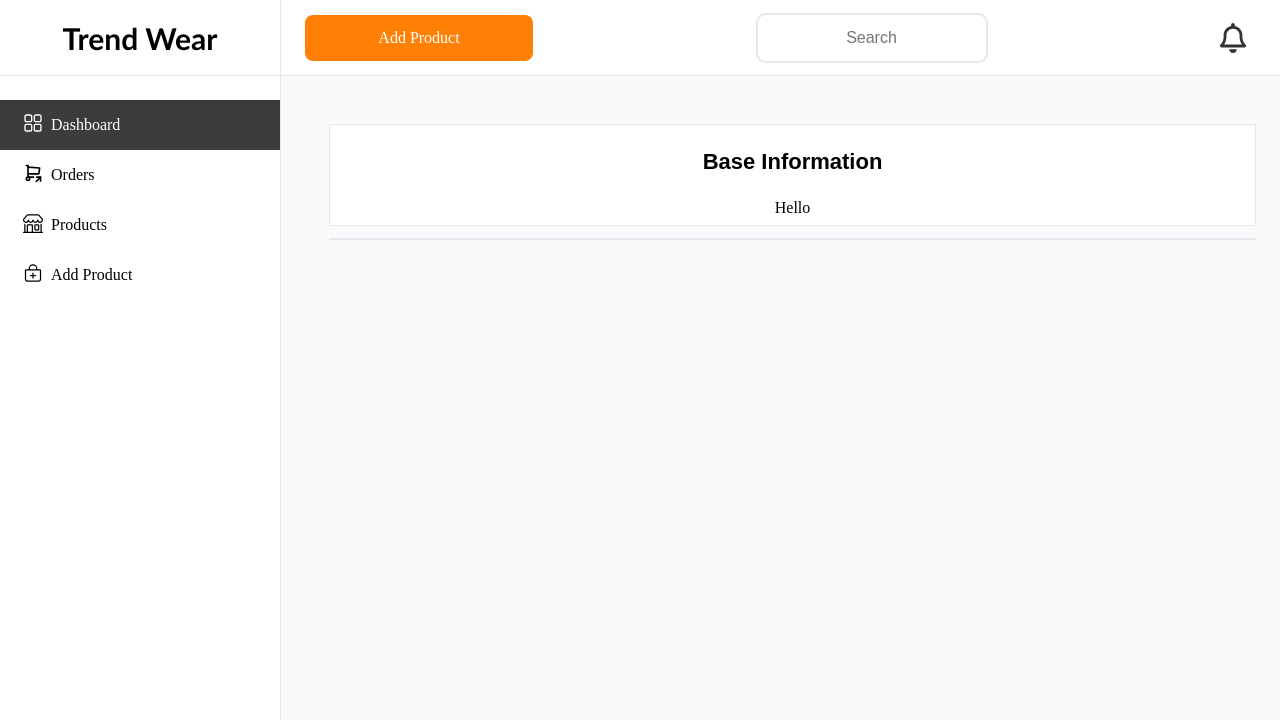
Repository: ahmad-dev7/TrendWear
Page: / (app in trend_wear_dashboard/)
The author's editor kept a copy of each file at every save. The page is drawn from the files as they stood at one save, then again after the next save.
The browser window is 1280 px wide. The pictures show the whole page.
The project was rebuilt for these pictures with package versions that can differ from the ones it lists, and the page was loaded fresh each time. Also part of the build but not shown: trend_wear_dashboard/vite.config.ts.

Above is the page before, as saved 2025-01-20 02:02:37.

After the next save:
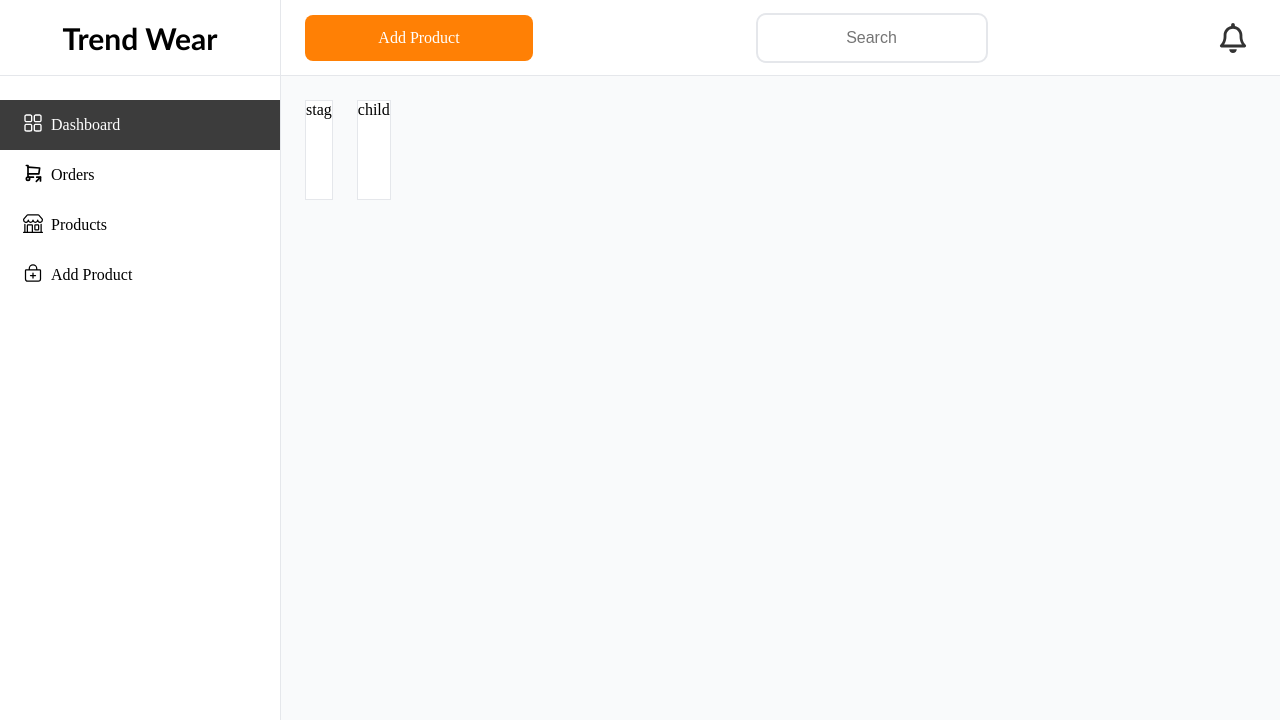
Saved 15 s later.
--- a/trend_wear_dashboard/src/Components/AddProduct/AddProduct.tsx
+++ b/trend_wear_dashboard/src/Components/AddProduct/AddProduct.tsx
@@ -4,13 +4,9 @@ import ProductPreview from "./ProductPreview";
 const AddProduct = () => {
   return (
     <div className="parent">
-      <div className="child">
-        <ProductDetails />
-      </div>
+      <div className="child">stag</div>
 
-      <div className="child ">
-        <ProductPreview />
-      </div>
+      <div className="child ">child</div>
     </div>
   );
 };
